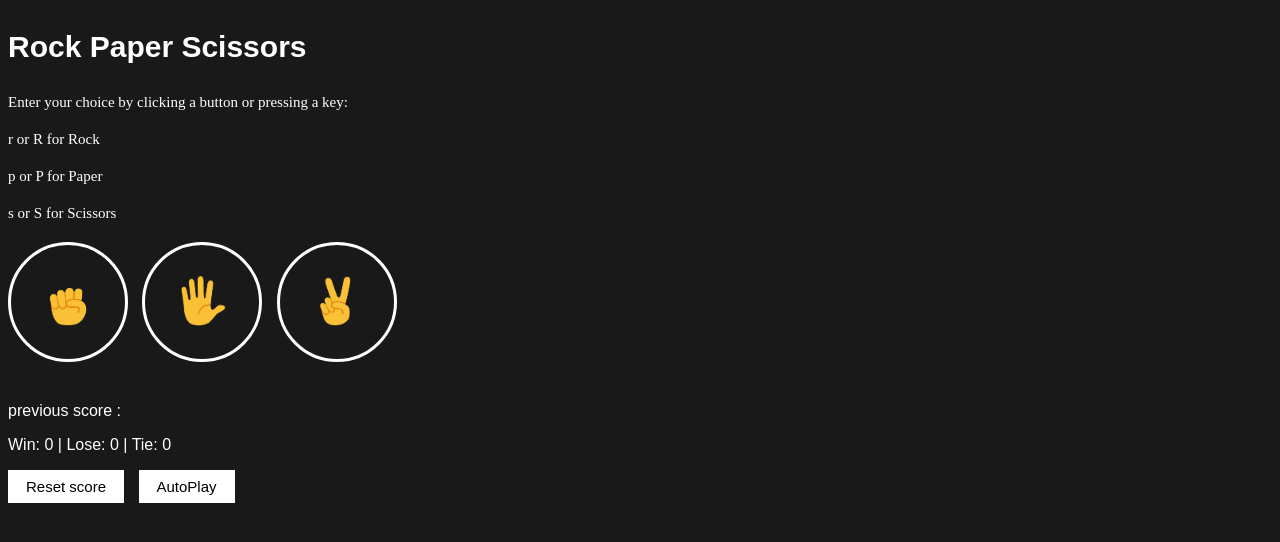
Repository: Gaurav124937/javascript
Page: html/08-rock-paper-scissors-evetlistner.html
These files come from the project's save history. The page is drawn as it stood at one moment and after a run of saves; the edit follows.
The browser window is 1280 px wide. The pictures show the whole page.

Above is the page before, as saved 2026-04-06 21:38:34.

### html/08-rock-paper-scissors-evetlistner.html
<!DOCTYPE html>
<html lang="en">

<head>
    <meta charset="UTF-8">
    <meta name="viewport" content="width=device-width, initial-scale=1.0">
    <title>Document</title>
    <link rel="stylesheet" href="../css/rock-paper-scisssor-autoplay.css">
</head>



<body>
    <p class="title">Rock Paper Scissors</p>
    <p class="instructions">Enter your choice by clicking a button or pressing a key:</p>
    <p class="instructions">r or R for Rock</p>
    <p class="instructions">p or P for Paper</p>
    <p class="instructions">s or S for Scissors</p>
    <button  class="game-button rock-button">
        <img src="../images/rock-emoji.png" class="button-emoji"></button>
    <button  class="game-button paper-button">
        <img src="../images/paper-emoji.png" class="button-emoji"></button>
    <button  class="game-button scissors-button">
        <img src="../images/scissors-emoji.png" class="button-emoji"></button>
    <p class="displayresult"></p>
    <p class="choices"></p>
    <p class="js-previous-score previous"> previous score :</p>
    <p class="score-display"></p>
    <button onclick="resetScore() " class="reset-score">Reset score</button>
    <button onclick="autoPlay()" class="auto-play-button">AutoPlay</button>
    <script src="../js/rock-paper-scisssor-autoplay-eventlistner.js"></script>
</body>


</html>

### css/rock-paper-scisssor-autoplay.css
body {
    font-family: Arial, sans-serif;
    color: white;
    background-color: rgb(25, 25, 25);
}

.title {
    font-size: 30px;
    font-weight: bold;
    margin-bottom: 30px;
}

.game-button {
    width: 120px;
    height: 120px;
    border-radius: 90px;
    background-color: rgb(25, 25, 25);
    border: 3px solid white;
    margin-right: 10px;
    cursor: pointer;
}

.button-emoji {
    width: 50px;
}

.result-display {
    font-size: 25px;
    font-weight: bold;
    margin-top: 50px;
}

.choice-display {
    font-size: 15px;
    margin-top: 20px;
    vertical-align: top;
}

.previous {
    margin-top: 40px;
}

.reset-score {
    padding: 8px 18px;
    font-size: 15px;
    background-color: white;
    color: black;
    border: none;
    cursor: pointer;
}

.auto-play-button {
    padding: 8px 18px;
    font-size: 15px;
    background-color: white;
    color: black;
    border: none;
    cursor: pointer;
    margin-left: 10px;
}

.instructions {
    font-size: 15px;
    margin-bottom: 20px;
    font-family: 'Times New Roman', Times, serif;
    line-height: ;
}

### js/rock-paper-scisssor-autoplay-eventlistner.js
const score = localStorage.getItem('score') ? JSON.parse(localStorage.getItem('score')) : { win: 0, lose: 0, tie: 0 };

updateScoreElement();

//function to play the game

function ComputerChoice() {
    let randomNumber = Math.random();
    let ComputerChoice = '';
    if (randomNumber > 0 && randomNumber < 1 / 3) {
        ComputerChoice = 'rock';
    } else if (randomNumber > 1 / 3 && randomNumber < 2 / 3) {
        ComputerChoice = 'paper';
    } else {
        ComputerChoice = 'scissors';
    }
    return ComputerChoice;
}


    //main game function
        document.querySelector('.rock-button').addEventListener('click', () => playGame('rock'));
        document.querySelector('.paper-button').addEventListener('click', () => playGame('paper'));
        document.querySelector('.scissors-button').addEventListener('click', () => playGame('scissors'));


        document.body.addEventListener('keydown', (event) => {
            if (event.key === 'r' || event.key === 'R') {
                playGame('rock');
            } else if (event.key === 'p' || event.key === 'P') {
                playGame('paper');
            } else if (event.key === 's' || event.key === 'S') {
                playGame('scissors');
            }
        });



function playGame(playerChoice) {
    document.querySelector('.js-previous-score').innerHTML = '';


    let returnedComputerChoice = ComputerChoice();

    //function to compare choices and determine result
    function copmarison() {
        let result = '';
        if (playerChoice === returnedComputerChoice) {
            score.tie++;
            result = 'Tie';
        } else if (
            (playerChoice === 'rock' && returnedComputerChoice === 'scissors') ||
            (playerChoice === 'paper' && returnedComputerChoice === 'rock') ||
            (playerChoice === 'scissors' && returnedComputerChoice === 'paper')
        ) {
            score.win++;
            result = "You win.";
        } else {
            score.lose++;
            result = "You lose.";
        }
        //store score in local storage
        localStorage.setItem('score', JSON.stringify(score));
        return result;
    }




    //display results on the webpage
    const resultElement = document.querySelector('.displayresult');
    resultElement.innerText = copmarison();
    resultElement.classList.add('result-display');


    //display choices
    const choiceElement = document.querySelector('.choices');

    choiceElement.innerHTML = `You chose: <img src="../images/${playerChoice}-emoji.png" class="button-emoji"> | Computer chose: <img src="../images/${returnedComputerChoice}-emoji.png" class="button-emoji">`;
    choiceElement.classList.add('choice-display');

    //display score
    updateScoreElement();



}
//function to reset score
function resetScore() {
    score.win = 0;
    score.lose = 0;
    score.tie = 0;
    localStorage.removeItem('score');
    alert(`Scores have been reset.`);
    updateScoreElement();
    document.querySelector('.choices').innerText = '';
    document.querySelector('.displayresult').innerText = '';

}

function updateScoreElement() {
    document.querySelector('.score-display').innerText = `Win: ${score.win} | Lose: ${score.lose} | Tie: ${score.tie}`;
}


let isAutoPlaying = false;
let autoPlayInterval;
function autoPlay() {
    if(!isAutoPlaying){
        autoPlayInterval = setInterval(function(){
        let playerMove=ComputerChoice();
        playGame(playerMove);
    }, 1000);
    isAutoPlaying=true;
    }
    else{
        clearInterval(autoPlayInterval);
        isAutoPlaying=false;
    }
}

After the next 4 saves:
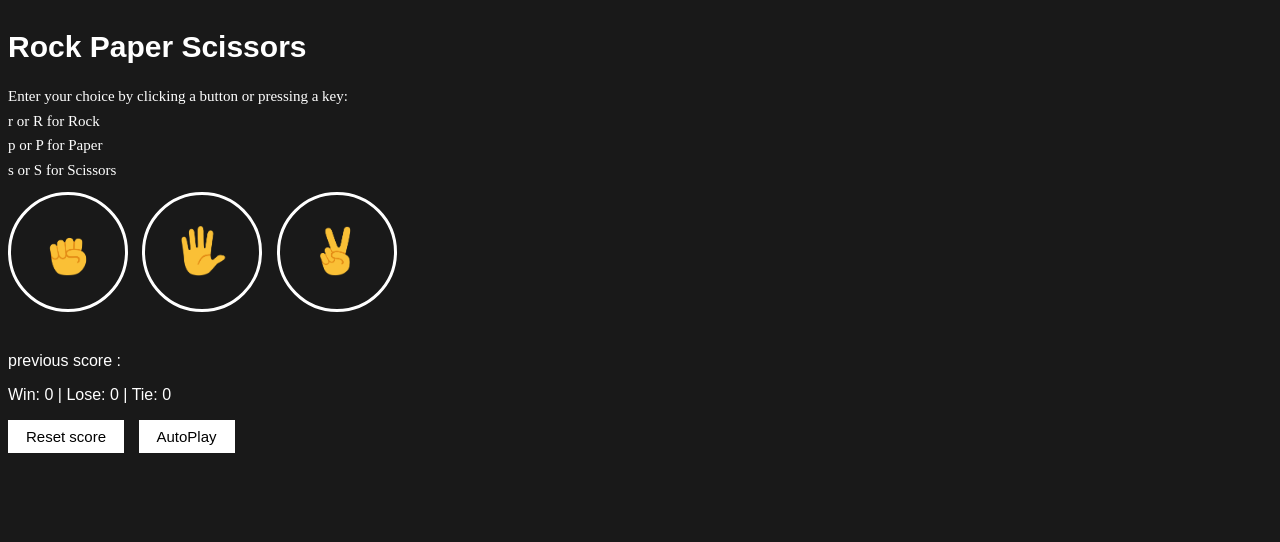
The 4 saves are shown as one change because they came seconds apart.
The last was saved 12 s later.
--- a/css/rock-paper-scisssor-autoplay.css
+++ b/css/rock-paper-scisssor-autoplay.css
@@ -63,5 +63,5 @@ body {
     font-size: 15px;
     margin-bottom: 20px;
     font-family: 'Times New Roman', Times, serif;
-    line-height: ;
+    line-height: 0.3;
 }
